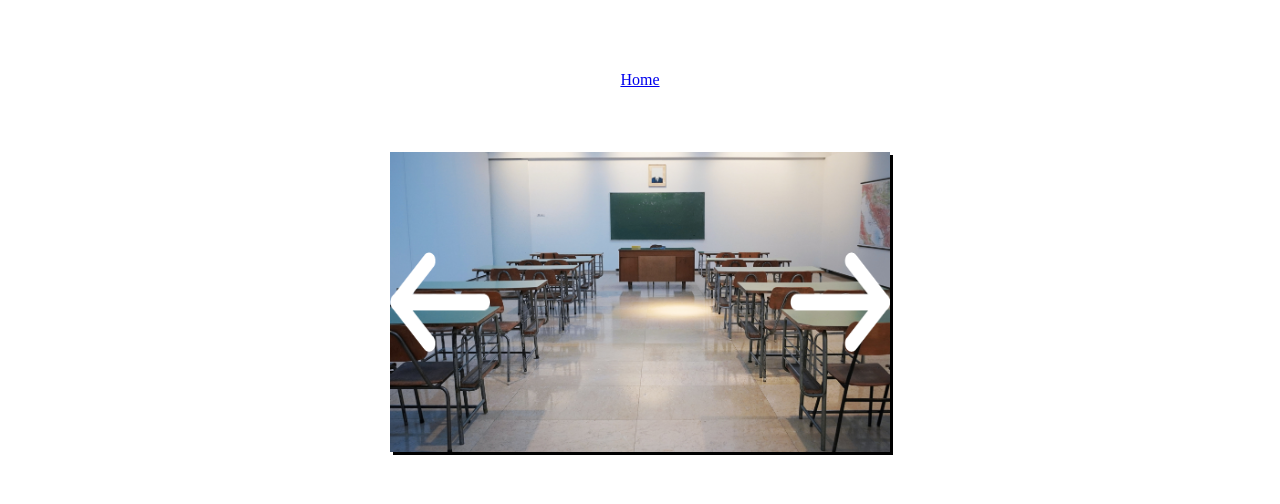
Repository: sierralaurent/Class08-UseEffect
Page: /carouselPage
An editor plug-in stored every save of this project. The page is shown before and after the next save, followed by the edit.
The browser window is 1280 px wide. The pictures show the whole page.
The project was rebuilt for these pictures with package versions that can differ from the ones it lists, and the page was loaded fresh each time. The framework's server and built-in components were replaced by stand-ins that run in the browser. Also part of the build but not shown: next.config.js.

Above is the page before, as saved 2023-02-20 17:11:35.

### pages/carouselPage.js
import Carousel from "@/components/carousel"
import Link from "next/link"
import styles from '@/styles/CarouselPage.module.css'

export default function CarouselPage() {
    return(
        <>
        <div className={styles.body}>
        <Link href="/" className={styles.title}>Home</Link>
        <Carousel/>
        </div>
        </>
    )
}

### styles/globals.css
:root {
  {
    ;;
    /**Add some root colors to use on all the othe pages**/
  }
}

### components/carousel/index.js
import Image from "next/image"
import { useEffect, useState } from "react"
import styles from '@/components/carousel/carousel.module.css'

export default function Carousel() {
const [img, setImg] = useState(0);

const changeImage = (change) => {
    if(change == "backward") {
        setImg(img - 1);

        if(img == 0) {
            setImg(5);
        }
        console.log(img);
    } else if(change == "forward") {
        setImg(img + 1);
        if(img == 5) {
            setImg(0)
        }
        console.log(img);
    }

}

    return(
        <>
        <div className={styles.carousel}>
        <div className={styles.photo} style={{
            backgroundImage:"url(/carousel-images/" + img + ".jpg",
            backgroundSize: 'cover',
            backgroundRepeat: "no-repeat",
            width: 500,
            height: 300
        }}>
            <Image className={styles.arrow1}
            src={"/icons/leftArrow.png"}
            alt={"/icons/leftArrow.png"}
            width={100}
            height={100}
            onClick={() => changeImage("backward")}
            />
            <Image className={styles.arrow2}
            src={"/icons/rightArrow.png"}
            alt={"/icons/rightArrow.png"}
            width={100}
            height={100}
            onClick={() => changeImage("forward")}
            />

        </div>
        </div>

        </>
    )
}

### styles/CarouselPage.module.css
/** flex or grid on stylzijg the pages**/

.title {
    display: flex;
    justify-content: center;
    align-items: center;
    padding: 5%
}

### components/carousel/carousel.module.css
/** flex or grid on stylzijg the pages**/

.carousel {
    display: flex;
    justify-content: center;
    align-items: center;
}

.arrow1 {
    float: left;
    padding-top: 20%;
}

.arrow2 {
    float: right;
    padding-top: 20%;
}
.photo {
    box-shadow: 3px 3px;

}

Loaded but not shown: pages/_app.js (common file); pages/_document.js (common file)

After the next save:
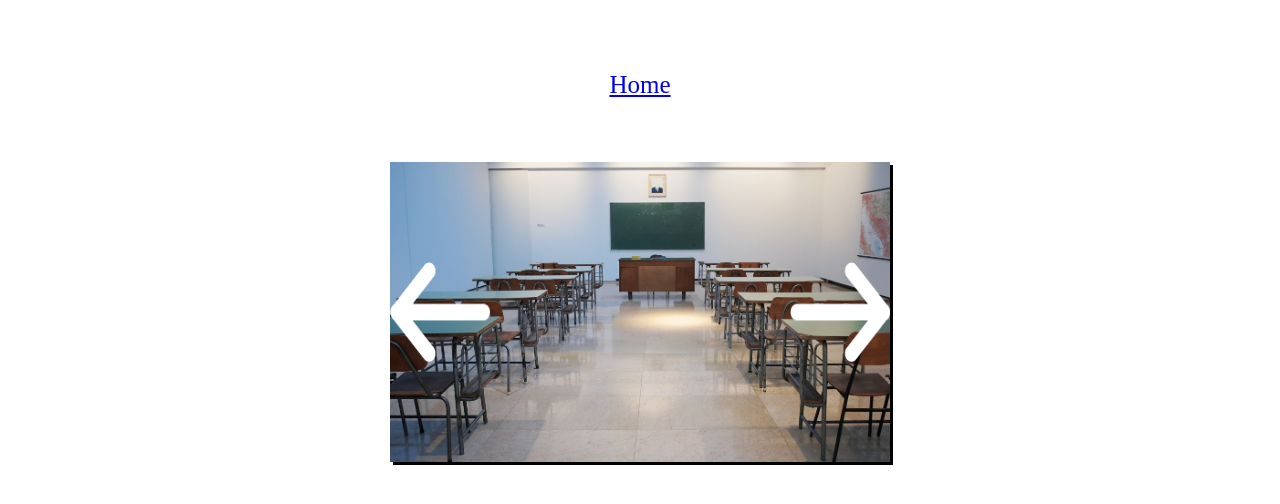
Saved 18 s later.
--- a/styles/CarouselPage.module.css
+++ b/styles/CarouselPage.module.css
@@ -4,5 +4,6 @@
     display: flex;
     justify-content: center;
     align-items: center;
-    padding: 5%
+    padding: 5%;
+    font-size: 25px;
 }
